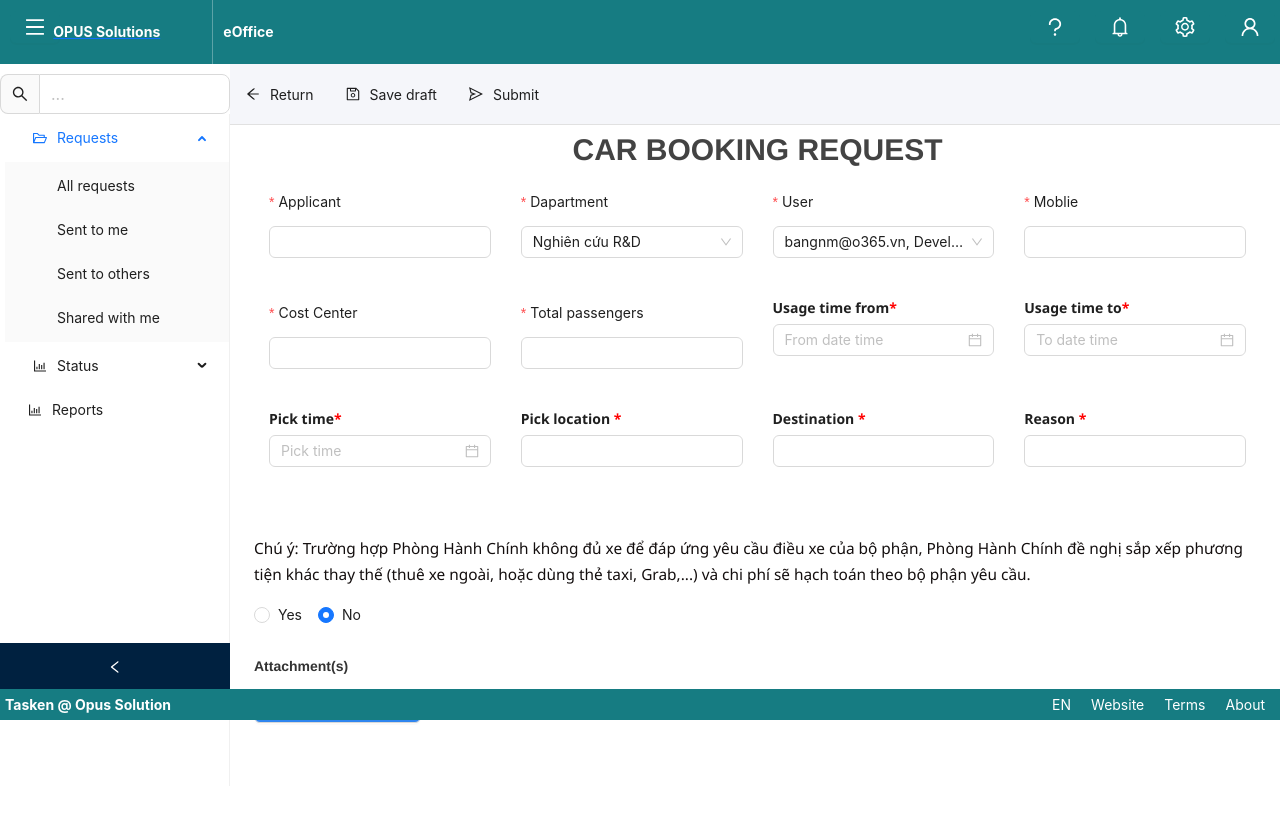
Repository: vannam272008/car-booking
Page: /request/addrequest
An editor plug-in stored every save of this project. The page is shown before and after the next save, followed by the edit.
The browser window is 1280 px wide. The pictures show the whole page.
The project was rebuilt for these pictures with package versions that can differ from the ones it lists, and the page was loaded fresh each time. Also part of the build but not shown: src/Components/DetailRequest/Comments/comment.tsx, src/Components/DetailRequest/Menu/menu.tsx, src/Components/DetailRequest/Detail/detail.tsx, src/Pages/ManageRequest/index.css, src/Pages/ManageRequest/ManageRequest.tsx, src/Components/AddRequest/AddRequest/addRequest.css. Imported but missing from the stored project, and not drawn on this page: src/Pages/Home.

Above is the page before, as saved 2023-07-06 17:25:44.

After the next save:
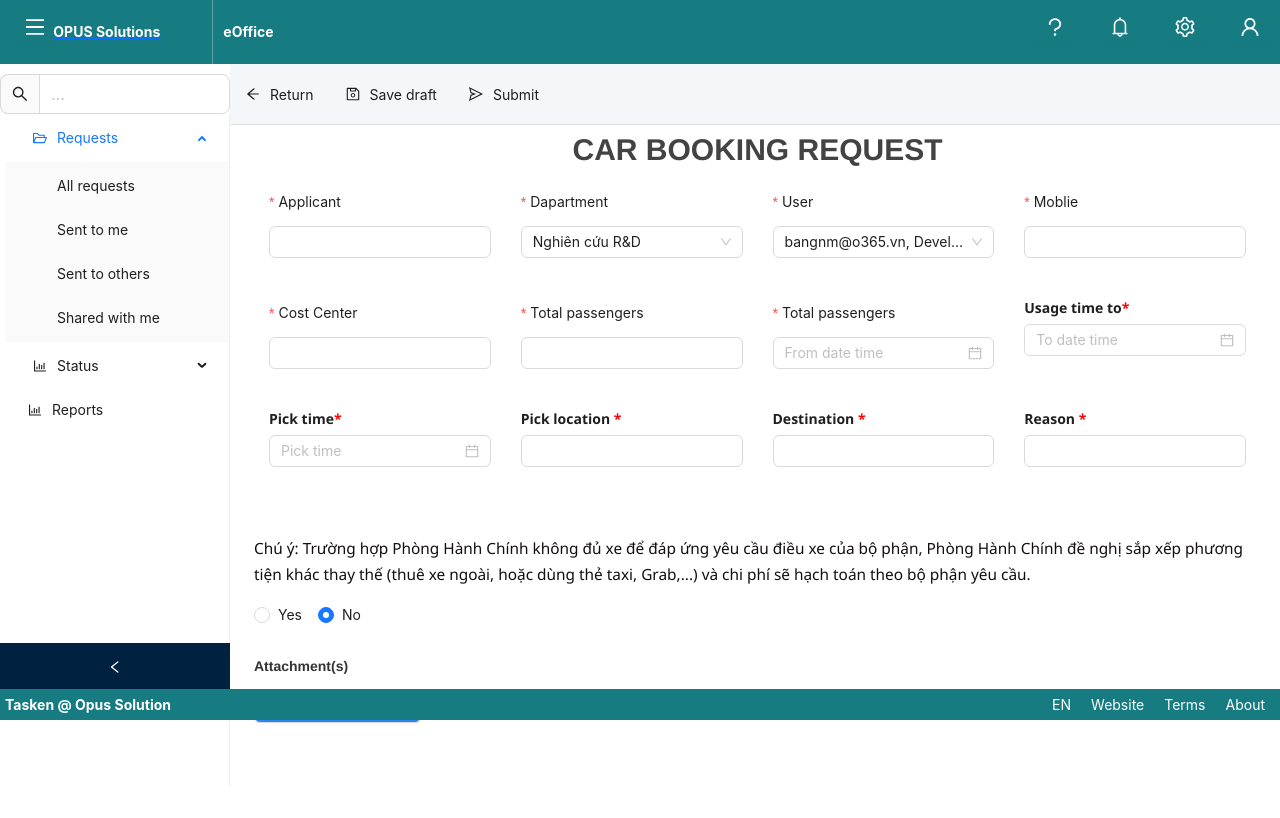
Saved 36 s later.
--- a/src/Components/AddRequest/AddRequest/index.tsx
+++ b/src/Components/AddRequest/AddRequest/index.tsx
@@ -132,8 +132,16 @@ function AddRequest(): JSX.Element {
                                             </Form.Item>
                                         </Col>
                                         <Col span={6} className='col-request'>
-                                            <label>Usage time from<span className='required'>*</span></label>
-                                            <Form.Item>
+                                            <Form.Item
+                                                label="Total passengers"
+                                                name="Totalpassengers"
+                                                rules={[
+                                                    {
+                                                        required: true,
+                                                    },
+                                                ]}
+                                                labelCol={{ span: 24 }}
+                                            >
                                                 <DatePicker placeholder='From date time' style={{ width: '100%' }} />
                                             </Form.Item>
                                         </Col>
